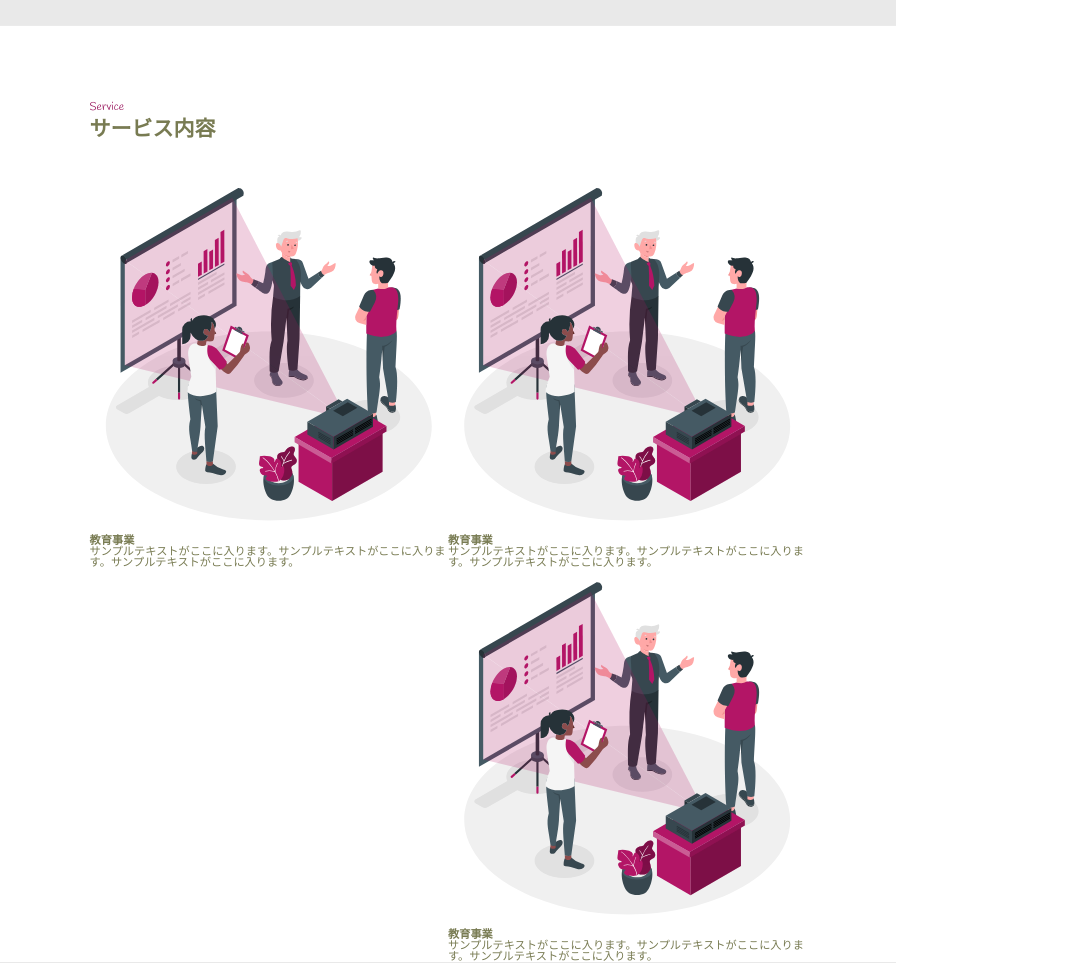
Repository: masanarimiura/20220504miura
Page: index.html
These files come from the project's save history. The page is drawn as it stood at one moment and after a run of saves; the edit follows.
The browser window is 1280 px wide. The page is 1536 px wide, so the pictures cover 1536 px, including what lies to the right of the window. The pictures show the part of the page from y = 1670 to 3270 px (the page is 3045 px tall before and 3639 px after), at 70% of full size.

Above is the page before, as saved 2022-05-04 21:48:40.

### index.html
<!DOCTYPE html>
<html lang="ja">

<head>
  <meta charset="UTF-8">
  <meta http-equiv="X-UA-Compatible" content="IE=edge">
  <meta name="viewport" content="width=device-width, initial-scale=1.0">
  <title>20220504miura</title>
  <link rel="stylesheet" href="css/reset.css">
  <link rel="stylesheet" href="css/style.css">
  <link rel="preconnect" href="https://fonts.googleapis.com">
  <link rel="preconnect" href="https://fonts.gstatic.com" crossorigin>
  <link href="https://fonts.googleapis.com/css2?family=Gochi+Hand&display=swap" rel="stylesheet">
  <link rel="preconnect" href="https://fonts.googleapis.com">
  <link rel="preconnect" href="https://fonts.gstatic.com" crossorigin>
  <link href="https://fonts.googleapis.com/css2?family=Handlee&display=swap" rel="stylesheet">
</head>

<header class="header">
  <div class="header-inner">
    <div class="header-logo">
      <a href="">ssssssss
        <img src="img/estra_logo.png" alt="">
      </a>
    </div>
    <nav class="header-nav">
      <ul class="header-nav-list">
        <li class="header-nav-item"><a href="" class="header-nav-link">
            News
          </a></li>
        <li class="header-nav-item"><a href="" class="header-nav-link">
            About
          </a></li>
        <li class="header-nav-item"><a href="" class="header-nav-link">
            Service
          </a></li>
        <li class="header-nav-item"><a href="" class="header-nav-link">
            Blog
          </a></li>
        <li class="header-nav-item"><a href="" class="header-nav-link">
            Company
          </a></li>
        <li class="header-nav-item"><a href="" class="header-nav-link">
            Contact
          </a></li>
      </ul>
    </nav>
  </div>
</header>
<div class="firstview">
  <img src="img/firstview.jpg" alt="">
  <div class="firstview-inner">
    <h2 class="firstview-ttl">
      Commit to the <span class="firstview-text-emphasis">growth</span> <br>for everone
    </h2>
    <div class="firstview">
      <p class="firstview-text">
        全ての人の<span class="firstview-text-emphasis">成長</span>にコミットする
      </p>
      <p class="firstview-en">
        Educational Technology Company <br>estra inc 2019
      </p>
    </div>
  </div>
</div>
<div class="news">
  <p class="news-icon icon">News</p>
  <h2 class="news-ttl">新着情報
  </h2>
  <table class="news-table">
    <tr class="news-table-tr">
      <td class="news-table-date">2021/01/01</td>
      <td class="news-table-news">ニュース</td>
      <td class="news-table-text">COACHTECHのサービスが開始されました。</td>
    </tr>
    <tr class="news-table-tr">
      <td class="news-table-date">2021/01/01</td>
      <td class="news-table-news">ニュース</td>
      <td class="news-table-text">COACHTECHのサービスが開始されました。</td>
    </tr>
    <tr class="news-table-tr">
      <td class="news-table-date">2021/01/01</td>
      <td class="news-table-news">ニュース</td>
      <td class="news-table-text">COACHTECHのサービスが開始されました。</td>
    </tr>
    <tr class="news-table-tr">
      <td class="news-table-date">2021/01/01</td>
      <td class="news-table-news">ニュース</td>
      <td class="news-table-text">COACHTECHのサービスが開始されました。</td>
    </tr>
    <tr class="news-table-tr">
      <td class="news-table-date">2021/01/01</td>
      <td class="news-table-news">ニュース</td>
      <td class="news-table-text">COACHTECHのサービスが開始されました。</td>
    </tr>
  </table>
</div>
<div class="about">
  <div class="about-top">
    <div class="about-icon icon">About</div>
    <h2 class="about-ttl">Technology x Coaching</h2>
  </div>
  <div class="about-inner">
    <div class="about-text">
      <p class="about-text-content">
        株式会社estraはデジタル化が遅れている教育業界に最新テクノロジーを導入することによって教育のDXを実現します。　<br><br>
        独自のオペレーションとコーチングを融合した新しい教育の仕組みにより、一人ひとりに合わせた最適な教育を提供します。
      </p>
    </div>
    <img src="img/about.jpg" alt="">
  </div>
</div>
<div class="service">
  <div class="service-top">
    <div class="service-icon icon">Service</div>
    <h2 class="service-ttl">サービス内容</h2>
  </div>
  <div class="service-box">
    <div class="service-box1">
      <img src="img/service__first.svg" alt="" class="service-img">
      <h3 class="service-box-ttl1">教育事業</h3>
      <p class="service-box-text1">サンプルテキストがここに入ります。サンプルテキストがここに入ります。サンプルテキストがここに入ります。</p>
    </div>
    <div class="service-box2">
      <img src="img/service__first.svg" alt="" class="service-img">
      <h3 class="service-box-ttl2">教育事業</h3>
      <p class="service-box-text2">サンプルテキストがここに入ります。サンプルテキストがここに入ります。サンプルテキストがここに入ります。</p>
    </div>
    <div class="service-box3">
      <img src="img/service__first.svg" alt="" class="service-img">
      <h3 class="service-box-ttl3">教育事業</h3>
      <p class="service-box-text3">サンプルテキストがここに入ります。サンプルテキストがここに入ります。サンプルテキストがここに入ります。</p>
    </div>
  </div>
</div>

<body>

</body>

</html>

### css/style.css
* {
  color: rgb(120, 123, 82);
}
a {
  text-decoration: none;
  color: inherit;
}
.header {
  width: 100%;
}
.header-inner {
  display: flex;
  justify-content: space-between;
  margin: 10px 20px;
}
.header img {
  width: 100px;
}
.header-nav {
  margin: 10px 20px;
}
.header-nav-list {
  display: flex;
  justify-content: center;
}
.header-nav-item:not(:last-child) {
  padding-right: 20px;
}
.firstview {
  width: 100%;
  position: relative;
}
.firstview-inner {
  position: absolute;
  top: 20%;
  left: 20%;
  width: 100%;
}
.firstview img {
  width: 60%;
  margin: 0 0 0 auto;
  display: block;
}
.firstview-ttl {
  color: rgb(119, 21, 70);
  font-size: 50px;
  font-family: "Gochi Hand", cursive;
  line-height: 1.5;
}
.firstview-text {
  color: rgb(119, 21, 70);
  font-size: 20px;
  margin-top: 30px;
}
.firstview-en {
  line-height: 1.5;
  margin-top: 10px;
}
.firstview-text-emphasis {
  color: rgb(32, 134, 172);
  font-weight: bold;
}
.news {
  margin: 100px auto 0;
  width: 60%;
}
.icon {
  color: rgb(153, 21, 92);
  font-family: "Handlee", cursive;
  line-height: 2;
}
.news-ttl {
  font-size: 30px;
  color: rgb(114, 110, 95);
}
.news-table {
  align-items: center;
  border-top: 2px solid rgb(114, 110, 95);
  border-bottom: 2px solid rgb(114, 110, 95);
  margin-top: 20px;
}
.news-table-tr {
  border-bottom: 1px solid rgb(182, 177, 160);
  padding: 30px 0;
}
.news-table-tr td {
  padding: 20px 20px 20px 0;
}
.news-table-news {
  background-color: brown;
  display: inline-block;
  padding: 1px 1px;
  border-radius: 6px;
  margin: 0 0;
  text-align: center;
  align-items: center;
  color: #fff;
}
.about {
  width: 100%;
  background-color: rgb(233, 233, 233);
  margin-top: 100px;
  line-height: 1.5;
  height: 500px;
  padding: 50px 0 20px;
}
.about-top {
  text-align: center;
  margin: 20px;
}
.about-ttl {
  font-size: 30px;
  margin-bottom: 50px;
}
.about-inner {
  display: flex;
  justify-content: space-around;
}
.about-text {
  width: 30%;
}
.about-inner img {
  width: 30%;
}
.service {
  width: 80%;
  margin: 100px auto 0;
}
.service-top {
  margin-bottom: 50px;
}
.service-ttl {
  font-size: 30px;
}
.service-box {
  display: grid;
  grid-template-rows: 50% 50%;
  grid-template-columns: 50% 50%;
}
sevieimg {
  width: 50px;
}
.service-box1 {
  grid-column: 1/2;
  grid-row: 1/3;
}
.service-box2 {
  grid-column: 2/3;
  grid-row: 1/2;
}
.service-box3 {
  grid-column: 2/3;
  grid-row: 2/3;
}

Loaded but not shown: css/reset.css (common file)

After the next 4 saves:
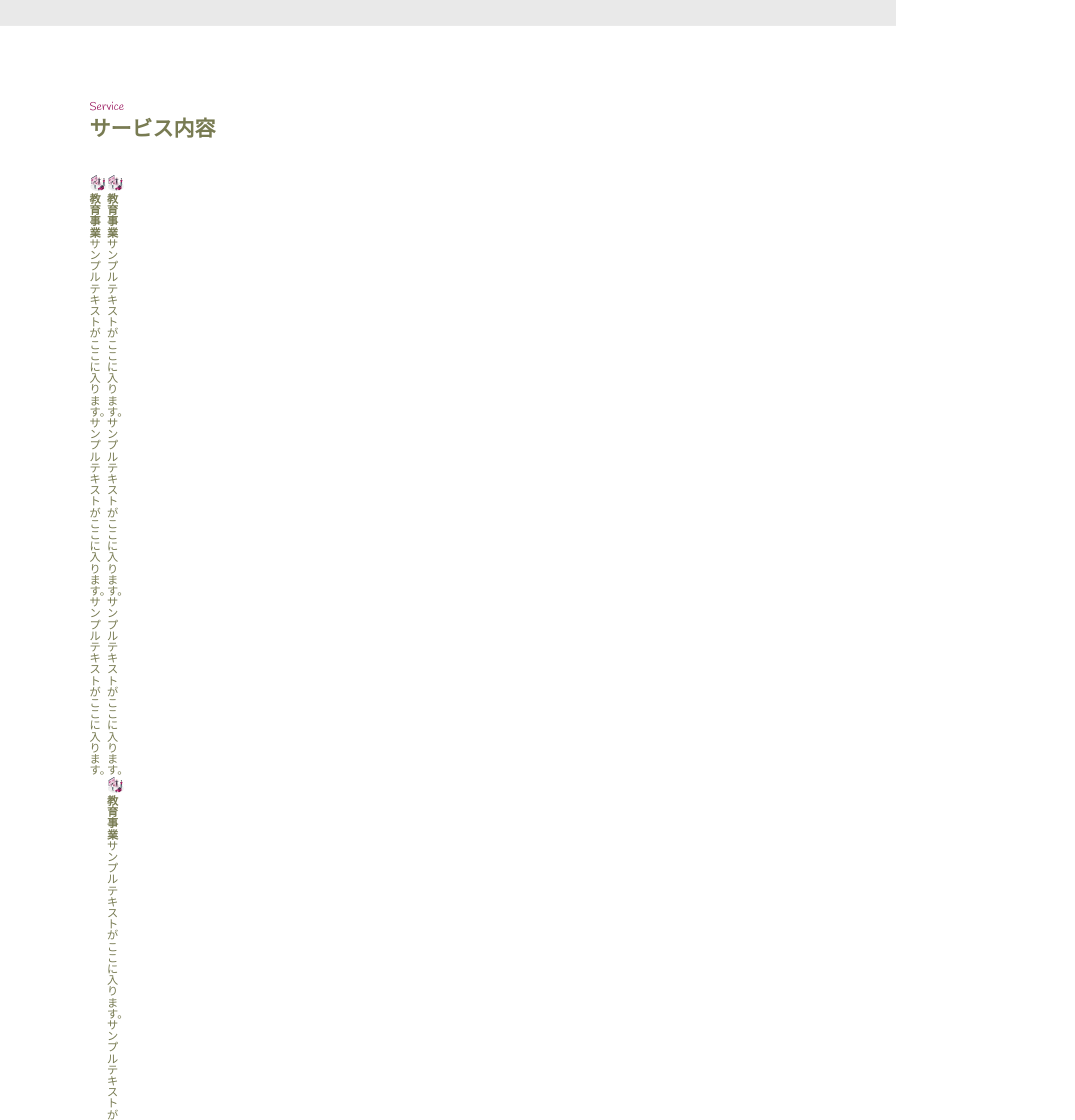
The 4 saves are shown as one change because they came seconds apart.
The last was saved 13 s later.
--- a/css/style.css
+++ b/css/style.css
@@ -137,7 +137,7 @@ a {
   grid-template-rows: 50% 50%;
   grid-template-columns: 50% 50%;
 }
-sevieimg {
+.service-box {
   width: 50px;
 }
 .service-box1 {
